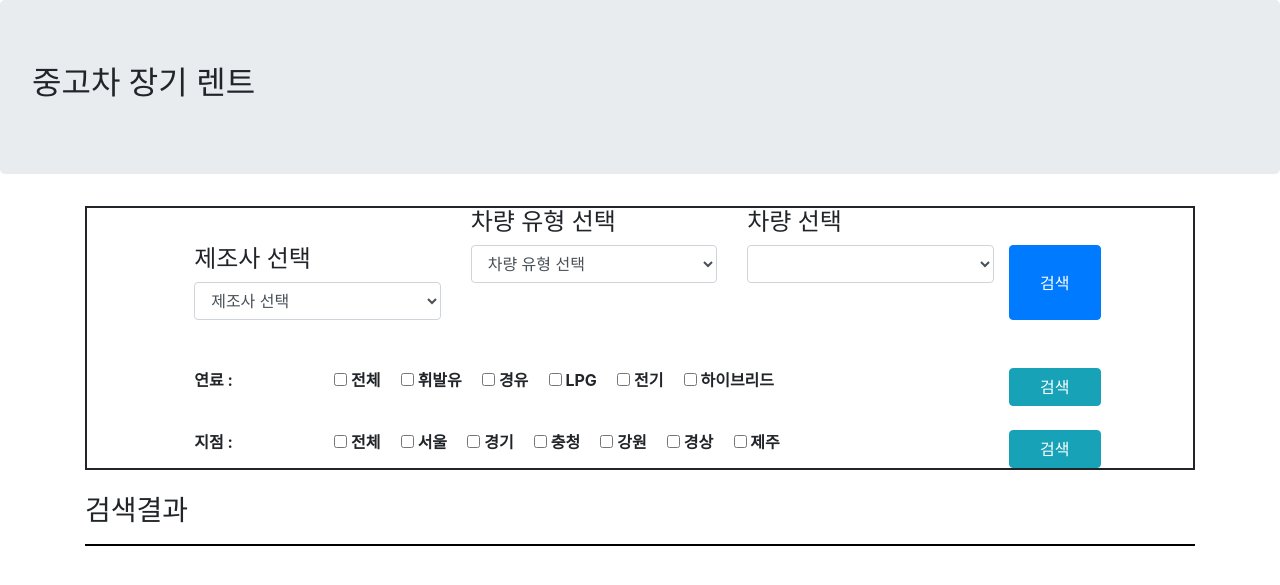
Repository: hyebinkim00/Project
Page: http://localhost/jsp/long_lent_oldcar/searchList.jsp
An editor plug-in stored every save of this project. The page is shown before and after the next save, followed by the edit.
The browser window is 1280 px wide. The pictures show the whole page.
The page is served by Tomcat 9. Other server files are loaded and not shown. Queries for data that is not in the repository find no rows.

Above is the page before, as saved 2020-09-22 08:29:55.

### jsp/WebContent/long_lent_oldcar/searchList.jsp
<%@page import="java.net.URLEncoder"%>
<%@ page language="java" contentType="text/html; charset=UTF-8"
    pageEncoding="UTF-8"%>
<%@taglib prefix="c" uri="http://java.sun.com/jsp/jstl/core" %>
<%@taglib prefix="sql" uri="http://java.sun.com/jsp/jstl/sql"  %>

<%
request.setCharacterEncoding("utf-8");
String facname1 =request.getParameter("sellist1");
String cartype1 =request.getParameter("sellist2");
String carnum1 =request.getParameter("sellist3");

String checkBoxes1[] =request.getParameterValues("example1");
String chekcBoxex2[] =request.getParameterValues("example2");
%>
<!DOCTYPE html>
<html>
<head>
<meta charset="UTF-8">
  <meta name="viewport" content="width=device-width, initial-scale=1">
  <script src="https://ajax.googleapis.com/ajax/libs/jquery/3.5.1/jquery.min.js"></script>

  <script src="https://cdnjs.cloudflare.com/ajax/libs/popper.js/1.16.0/umd/popper.min.js"></script>
  <script src="https://maxcdn.bootstrapcdn.com/bootstrap/4.5.2/js/bootstrap.min.js"></script>
  <link rel="stylesheet" href="../resources/css/bootstrap.min.css" />

<title>중고차 장기 검색</title>

<script>
function subtest(){
let a=documenet.getElementById("sellist2").value;
alert(a);
}
</script>

<script>
$(document).ready(function(){
	$("input:checkbox[name=example1]").on("click",function(){
		if(($('#sellist1').val()!='제조사 선택') && ($('#sellist2').val()=='차량 유형 선택')){
			alert('차량 유형을 선택하세요!');
			$("input:checkbox[name=example1]").prop("checked", false);
			$('#sellist2').focus();
			$('#tess1').prop("disabled",true);
		}
		else{$('#tess1').prop("disabled",false);}
		let cont=$("input:checkbox[name=example1]:checked").length;
		alert(cont);
		let cont5=$("input:checkbox[name=example1]:checked").val();
		if(cont5=='전체'){$("input:checkbox[name=example1]").not(this).prop("disabled", "disabled");
		$("input:checkbox[name=example1]").not(this).prop("checked", false);

		}else {
	            $("input[name=example1]:checkbox").prop("disabled",false);
	        }
		if(cont>2){
			$(this).prop("checked", false);
			alert("2개이상 선택 불가능 ");
		}

	});

});
</script>

<script>
$(document).ready(function(){
	$("input:checkbox[name=example2]").on("click",function(){
		if(($('#sellist1').val()!='제조사 선택') && ($('#sellist2').val()=='차량 유형 선택')){
			alert('차량 유형을 선택하세요!');
			$("input:checkbox[name=example2]").prop("checked", false);
			$('#sellist2').focus();
			$('#tess2').prop("disabled",true);
		}
		else{$('#tess1').prop("disabled",false);}
		let cont=$("input:checkbox[name=example2]:checked").length;
		alert(cont);
		let cont5=$("input:checkbox[name=example2]:checked").val();
		if(cont5=='전체'){$("input:checkbox[name=example2]").not(this).prop("disabled", "disabled");
		$("input:checkbox[name=example2]").not(this).prop("checked", false);

		}else {
	            $("input[name=example2]:checkbox").prop("disabled",false);
	        }



		if(cont>2){
			$(this).prop("checked", false);
			alert("2개이상 선택 불가능 ");
		}

	});

});
</script>
</head>
<body>
<script>
function goDate1(){
	let form= document.userinput;
	document.getElementById("sellist2").value=null;
	form.submit();

}
</script>

<script>
function goDate2(){
	let form= document.userinput;
	document.getElementById("sellist3").value=null;
	form.submit();

}
</script>



<script>
function optest(){
	if((($('#sellist1').val()!='제조사 선택')) && (($('#sellist2').val()=='차량 유형 선택')) && ($("input:checkbox[name=example1]:checked").length!=0) ){
		alert('차량 유형을 먼저 선택하세요');
	$("input:checkbox[name=example1]").prop("checked", false);
	}

}</script>



<div class="jumbotron">
<h2>중고차 장기 렌트</h2>
  </div>



  <div class="container">

  <div class="container" style="border:solid 2px;">
  <div class="row">
   <span class="col-sm-1">&nbsp;</span>
  <div class="col-sm-3"></div>
  <div class="col-sm-3"><h4>차량 유형 선택</h4></div>
  <div class="col-sm-3"><h4>차량 선택</h4> </div>
   <span class="col-sm-2">&nbsp;</span>
   </div>
 <form method="post" action="#" name="userinput" >
    <div class="row" >
     <span class="col-sm-1">&nbsp;</span>
     <div class="col-sm-3">
     <sql:setDataSource var="dataSource"
			url="jdbc:oracle:thin:@localhost:1521:XE"
			driver="oracle.jdbc.driver.OracleDriver"
			user="hr" password="hr"/>

			<sql:query var="resultSet" dataSource="${dataSource}">
			select distinct facname from member
			</sql:query>
		 <h4>제조사 선택</h4>
       <select  class="form-control" id="sellist1" name="sellist1" onchange="goDate1()" >
        <option>제조사 선택 </option>
        <c:forEach var="row" items="${resultSet.rows}">
        	<option value="<c:out value="${row.facname}"/>" <c:if test="${param.sellist1==row.facname}">selected</c:if>><c:out value="${row.facname}"/></option>
        </c:forEach>
      </select>
      </div>

      <sql:query var="resultSet" dataSource="${dataSource}">
			select distinct cartype from member where facname=?
			 <sql:param value="${param.sellist1}"/>
			</sql:query>

      <div class="col-sm-3">

      <select class="form-control" id="sellist2" name="sellist2" onchange="goDate2()"  >
        <option>차량 유형 선택</option>
        <option value="all" <c:if test="${param.sellist2=='all'}">selected</c:if>>전체</option>
       <c:forEach var="row" items="${resultSet.rows}">
				<option value="<c:out value="${row.cartype}"/>" <c:if test="${param.sellist2==row.cartype}">selected</c:if>><c:out value="${row.cartype}"/></option>
				</c:forEach>
      </select>
      </div>

      <div class="col-sm-3">
    <sql:query var="resultSet" dataSource="${dataSource}">
			select distinct carnum from member where facname=? and cartype=? order by carnum
			 <sql:param value="${param.sellist1}"/>
			 <sql:param value="${param.sellist2}"/>
			</sql:query>

			  <c:if test="${param.sellist2=='all'}">
      <sql:query var="resultSet" dataSource="${dataSource}">
       select distinct carnum from member where facname=? order by carnum
      <sql:param value="${param.sellist1}"/>
      </sql:query>
      </c:if>

      <select class="form-control" id="sellist3" name="sellist3" >
        <option disabled>차량 선택 </option>
       <c:forEach var="row" items="${resultSet.rows}">
				<option value="<c:out value="${row.carnum}"/>" <c:if test="${param.sellist3==row.carnum}">selected</c:if>><c:out value="${row.carnum}"/></option>
				</c:forEach>
      </select>
      </div>

 <input id="tess" type="submit" class="btn btn-primary col-sm-1" value="검색" onclick="optest()">


    </div>


  <br><br>


     <div class="row">
     <span class="col-sm-1"> &nbsp;&nbsp;&nbsp;</span>
    <span class="col-sm-1"><strong>연료 :</strong></span>

     <div class="col-sm-8">
      <span class="col-sm-1">&nbsp;&nbsp;&nbsp;</span>
     <c:if test="${not empty paramValues.example1 }">

     <c:set var="ff" value="${paramValues.example1[0]}"/>
     <c:set var="ff1" value="${paramValues.example1[1]}"/>
      </c:if>
    <div class="form-check-inline">
       <input <c:if test="${ff=='전체' or ff1=='전체'}">checked</c:if>  type="checkbox" value="전체" name="example1"><strong>&nbsp;전체&nbsp;</strong>
    </div>
    <div class="form-check-inline">
      <input <c:if test="${ff=='휘발유' or ff1=='휘발유'}">checked</c:if>   type="checkbox" value="휘발유" name="example1"><strong>&nbsp;휘발유&nbsp;</strong>
    </div>
     <div class="form-check-inline">
      <input <c:if test="${ff=='경유' or ff1=='경유'}">checked</c:if>    type="checkbox" value="경유" name="example1"><strong>&nbsp;경유&nbsp;</strong>
    </div>
     <div class="form-check-inline">
      <input <c:if test="${ff=='LPG' or ff1=='LPG'}">checked</c:if>   type="checkbox" value="LPG" name="example1"><strong>&nbsp;LPG&nbsp;</strong>
    </div>
    <div class="form-check-inline">
      <input  <c:if test="${ff=='전기' or ff1=='전기'}">checked</c:if>    type="checkbox" value="전기" name="example1"><strong>&nbsp;전기&nbsp;</strong>
    </div>
    <div class="form-check-inline">
      <input <c:if test="${ff=='하이브리드' or ff1=='하이브리드'}">checked</c:if>   type="checkbox" value="하이브리드" name="example1"><strong>&nbsp;하이브리드&nbsp;</strong>
    </div>
    <c:remove var="ff"/>
    <c:remove var="ff1"/>
    </div>



   <input id="tess1" type="submit" value="검색" class= "btn btn-info col-sm-1" onclick="optest()">
  </div>





  <br>


     <div class="row">
     <span class="col-sm-1">&nbsp;&nbsp;&nbsp;</span>
    <span class="col-sm-1"><strong>지점 :</strong></span>

    <div class="col-sm-8">
     <span class="col-sm-1">&nbsp;&nbsp;&nbsp;</span>
       <c:if test="${not empty paramValues.example2 }">

     <c:set var="dd" value="${paramValues.example2[0]}"/>
     <c:set var="dd1" value="${paramValues.example2[1]}"/>
      </c:if>
    <div class="form-check-inline">
       <input <c:if test="${dd=='전체' or dd1=='전체'}">checked</c:if> type="checkbox" value="전체" name="example2"><strong>&nbsp;전체&nbsp;</strong>
    </div>

    <div class="form-check-inline">
      <input  <c:if test="${dd=='서울' or dd1=='서울'}">checked</c:if> type="checkbox" value="서울" name="example2"><strong>&nbsp;서울&nbsp;</strong>
    </div>

     <div class="form-check-inline">
      <input  <c:if test="${dd=='경기' or dd1=='경기'}">checked</c:if> type="checkbox" value="경기" name="example2"><strong>&nbsp;경기&nbsp;</strong>
    </div>

     <div class="form-check-inline">
      <input  <c:if test="${dd=='충청' or dd1=='충청'}">checked</c:if> type="checkbox" value="충청" name="example2"><strong>&nbsp;충청&nbsp;</strong>
    </div>

    <div class="form-check-inline">
      <input <c:if test="${dd=='강원' or dd1=='강원'}">checked</c:if> type="checkbox" value="강원" name="example2"><strong>&nbsp;강원&nbsp;</strong>
    </div>

    <div class="form-check-inline">
      <input <c:if test="${dd=='경상' or dd1=='경상'}">checked</c:if> type="checkbox" value="경상" name="example2"><strong>&nbsp;경상&nbsp;</strong>
    </div>

    <div class="form-check-inline">
      <input <c:if test="${dd=='제주' or dd1=='제주'}">checked</c:if> type="checkbox" value="제주" name="example2"><strong>&nbsp;제주&nbsp;</strong>
    </div>
     <c:remove var="dd"/>
    <c:remove var="dd1"/>
    </div>
    <input id="tess2" type="submit" value="검색" class="btn btn-info col-sm-1" onclick="optest()">
  </div>
    </form>


  </div>
</div>



<div class="container">
<br>
<h3>검색결과</h3>
<hr style="border: solid 1px black " />

<div class="row" >

<sql:setDataSource var="dataSource"
			url="jdbc:oracle:thin:@localhost:1521:XE"
			driver="oracle.jdbc.driver.OracleDriver"
			user="hr" password="hr"/>



<c:choose>
<c:when test="${param.sellist1==null or param.sellist2==null or param.sellist3==null}">
<sql:query var="resultSet" dataSource="${dataSource}">
			select * from member
			</sql:query>

<c:if test="${not empty paramValues.example1 and empty paramValues.example2}">
 	<c:set var="ff" value="${paramValues.example1[0]}"/>
    <c:set var="ff1" value="${paramValues.example1[1]}"/>

<sql:query var="resultSet" dataSource="${dataSource}">
select * from member where fuel=? or fuel=?
 <sql:param value="${ff}"/>
 <sql:param value="${ff1}"/>

</sql:query>

 <c:if test="${ff=='전체'}">
		<sql:query var="resultSet" dataSource="${dataSource}">
			select * from member
			</sql:query>
  </c:if>

</c:if>

  <c:if test="${empty paramValues.example1 and  not empty paramValues.example2 }">

 <c:set var="dd" value="${paramValues.example2[0]}"/>
     <c:set var="dd1" value="${paramValues.example2[1]}"/>
<sql:query var="resultSet" dataSource="${dataSource}">
select * from member where lentoffice=? or lentoffice=?

 <sql:param value="${dd}"/>
 <sql:param value="${dd1}"/>

</sql:query>

 <c:if test="${dd=='전체'}">
		<sql:query var="resultSet" dataSource="${dataSource}">
			select * from member
			</sql:query>
  </c:if>

</c:if>

  <c:if test="${not empty paramValues.example1 and not empty paramValues.example2}">
 <c:set var="ff" value="${paramValues.example1[0]}"/>
     <c:set var="ff1" value="${paramValues.example1[1]}"/>
      <c:set var="dd" value="${paramValues.example2[0]}"/>
     <c:set var="dd1" value="${paramValues.example2[1]}"/>

<sql:query var="resultSet" dataSource="${dataSource}">
select * from (select * from member where fuel=? or fuel=?) where lentoffice=? or lentoffice=?


 <sql:param value="${ff}"/>
 <sql:param value="${ff1}"/>
  <sql:param value="${dd}"/>
 <sql:param value="${dd1}"/>
</sql:query>


 <c:if test="${ff=='전체' and dd=='전체'}">
		<sql:query var="resultSet" dataSource="${dataSource}">
			select * from member
			</sql:query>
  </c:if>

  <c:if test="${ff=='전체' and dd!='전체'}">
		<sql:query var="resultSet" dataSource="${dataSource}">
			select * from member where lentoffice=? or lentoffice=?
			  <sql:param value="${dd}"/>
 			<sql:param value="${dd1}"/>
			</sql:query>
  </c:if>
    <c:if test="${ff!='전체' and dd=='전체'}">
		<sql:query var="resultSet" dataSource="${dataSource}">
			select * from member where fuel=? or fuel=?
			<sql:param value="${ff}"/>
 			<sql:param value="${ff1}"/>
			</sql:query>
  </c:if>


</c:if>
</c:when>

	<c:when test="${empty paramValues.example1 and not empty param.sellist3 and not empty paramValues.example2}">

	<sql:query var="resultSet" dataSource="${dataSource}">
	<c:set var="dd" value="${paramValues.example2[0]}"/>
     <c:set var="dd1" value="${paramValues.example2[1]}"/>
	select * from member where facname=? and cartype=? and carnum=? and lentoffice=? or lentoffice=?
	<sql:param value="${param.sellist1}"></sql:param>
	<sql:param value="${param.sellist2}"></sql:param>
	<sql:param value="${param.sellist3}"></sql:param>
	 <sql:param value="${dd}"/>
	  <sql:param value="${dd1}"/>
	</sql:query>


	<c:if test="${param.sellist2=='all' and dd!='전체'}">
	<sql:query var="resultSet" dataSource="${dataSource}">
	select * from member where facname=? and carnum=? and lentoffice=? or lentoffice=?
	<sql:param value="${param.sellist1}"></sql:param>
	<sql:param value="${param.sellist3}"></sql:param>
	<sql:param value="${dd}"/>
	  <sql:param value="${dd1}"/>
	</sql:query>
	</c:if>

	 <c:if test="${param.sellist2!='all' and  dd=='전체'}">
		<sql:query var="resultSet" dataSource="${dataSource}">
		select * from member where facname=? and cartype=? and carnum=?
	<sql:param value="${param.sellist1}"></sql:param>
	<sql:param value="${param.sellist2}"></sql:param>
	<sql:param value="${param.sellist3}"></sql:param>
			</sql:query>
  </c:if>

  <c:if test="${param.sellist2=='all' and dd=='전체'}">
	<sql:query var="resultSet" dataSource="${dataSource}">
	select * from member where facname=? and carnum=?
	<sql:param value="${param.sellist1}"></sql:param>
	<sql:param value="${param.sellist3}"></sql:param>

	</sql:query>
	</c:if>

</c:when>

	<c:when test="${empty paramValues.example1 and not empty param.sellist3 and empty paramValues.example2}">

	<sql:query var="resultSet" dataSource="${dataSource}">

	select * from member where facname=? and cartype=? and carnum=?
	<sql:param value="${param.sellist1}"></sql:param>
	<sql:param value="${param.sellist2}"></sql:param>
	<sql:param value="${param.sellist3}"></sql:param>

	</sql:query>


	<c:if test="${param.sellist2=='all'}">
	<sql:query var="resultSet" dataSource="${dataSource}">
	select * from member where facname=? and carnum=?
	<sql:param value="${param.sellist1}"></sql:param>
	<sql:param value="${param.sellist3}"></sql:param>
	</sql:query>
	</c:if>
</c:when>

<c:when test="${not empty paramValues.example1 and not empty param.sellist3 and  empty paramValues.example2}">

	<sql:query var="resultSet" dataSource="${dataSource}">
	<c:set var="ff" value="${paramValues.example1[0]}"/>
     <c:set var="ff1" value="${paramValues.example1[1]}"/>

select * from (select * from member where facname=? and cartype=? and carnum=?) where  fuel=? or fuel=?
	<sql:param value="${param.sellist1}"></sql:param>
	<sql:param value="${param.sellist2}"></sql:param>
	<sql:param value="${param.sellist3}"></sql:param>
	 <sql:param value="${ff}"/>
	  <sql:param value="${ff1}"/>
	</sql:query>


	<c:if test="${param.sellist2=='all' and ff!='전체'}">
	<sql:query var="resultSet" dataSource="${dataSource}">
	select * from (select * from member where facname=? and carnum=?) where fuel=? or fuel=?
	<sql:param value="${param.sellist1}"></sql:param>
	<sql:param value="${param.sellist3}"></sql:param>
	<sql:param value="${ff}"/>
	  <sql:param value="${ff1}"/>
	</sql:query>
	</c:if>

	 <c:if test="${param.sellist2!='all' and  ff=='전체'}">
		<sql:query var="resultSet" dataSource="${dataSource}">
		select * from member where facname=? and cartype=? and carnum=?
	<sql:param value="${param.sellist1}"></sql:param>
	<sql:param value="${param.sellist2}"></sql:param>
	<sql:param value="${param.sellist3}"></sql:param>
			</sql:query>
  </c:if>

  <c:if test="${param.sellist2=='all' and ff=='전체'}">
	<sql:query var="resultSet" dataSource="${dataSource}">
	select * from member where facname=? and carnum=?
	<sql:param value="${param.sellist1}"></sql:param>
	<sql:param value="${param.sellist3}"></sql:param>

	</sql:query>
	</c:if>

</c:when>


<c:when test="${not empty paramValues.example1 and not empty param.sellist3 and not empty paramValues.example2 and param.sellist2 !='all'}">
	<c:set var="ff" value="${paramValues.example1[0]}"/>
     <c:set var="ff1" value="${paramValues.example1[1]}"/>
      <c:set var="dd" value="${paramValues.example2[0]}"/>
     <c:set var="dd1" value="${paramValues.example2[1]}"/>

<sql:query var="resultSet" dataSource="${dataSource}">
select * from (select * from member where facname=? and cartype=? and carnum=?)
where fuel=? or fuel=? and  lentoffice=? or lentoffice=?

<sql:param value="${param.sellist1}"></sql:param>
<sql:param value="${param.sellist2}"></sql:param>
<sql:param value="${param.sellist3}"></sql:param>
 <sql:param value="${ff}"/>
 <sql:param value="${ff1}"/>
  <sql:param value="${dd}"/>
 <sql:param value="${dd1}"/>
</sql:query>

 <c:if test="${ff=='전체' and dd=='전체'}">
		<sql:query var="resultSet" dataSource="${dataSource}">
	select * from member where facname=? and cartype=? and carnum=?
	<sql:param value="${param.sellist1}"></sql:param>
	<sql:param value="${param.sellist2}"></sql:param>
	<sql:param value="${param.sellist3}"></sql:param>
			</sql:query>
  </c:if>

  <c:if test="${ff=='전체' and dd!='전체'}">
		<sql:query var="resultSet" dataSource="${dataSource}">
			select * from (select * from member where facname=? and cartype=? and carnum=?) where  lentoffice=? or lentoffice=?

			<sql:param value="${param.sellist1}"></sql:param>
			<sql:param value="${param.sellist2}"></sql:param>
			<sql:param value="${param.sellist3}"></sql:param>
			<sql:param value="${dd}"/>
 			<sql:param value="${dd1}"/>
			</sql:query>
  </c:if>
    <c:if test="${ff!='전체' and dd=='전체'}">
		<sql:query var="resultSet" dataSource="${dataSource}">
			select * from (select * from member where facname=? and cartype=? and carnum=?) where fuel=? or fuel=?

			<sql:param value="${param.sellist1}"></sql:param>
			<sql:param value="${param.sellist2}"></sql:param>
			<sql:param value="${param.sellist3}"></sql:param>
			<sql:param value="${ff}"/>
 			<sql:param value="${ff1}"/>
			</sql:query>
  </c:if>


</c:when>

<c:when test="${not empty paramValues.example1 and not empty param.sellist3 and not empty paramValues.example2 and param.sellist2 =='all'}">
	<c:set var="ff" value="${paramValues.example1[0]}"/>
     <c:set var="ff1" value="${paramValues.example1[1]}"/>
      <c:set var="dd" value="${paramValues.example2[0]}"/>
     <c:set var="dd1" value="${paramValues.example2[1]}"/>

<sql:query var="resultSet" dataSource="${dataSource}">
select * from (select * from member where facname=?  and carnum=?)
where fuel=? or fuel=? and  lentoffice=? or lentoffice=?

<sql:param value="${param.sellist1}"></sql:param>
<sql:param value="${param.sellist3}"></sql:param>
 <sql:param value="${ff}"/>
 <sql:param value="${ff1}"/>
  <sql:param value="${dd}"/>
 <sql:param value="${dd1}"/>
</sql:query>

 <c:if test="${ff=='전체' and dd=='전체'}">
		<sql:query var="resultSet" dataSource="${dataSource}">
	select * from member where facname=?  and carnum=?
	<sql:param value="${param.sellist1}"></sql:param>
	<sql:param value="${param.sellist3}"></sql:param>
			</sql:query>
  </c:if>

  <c:if test="${ff=='전체' and dd!='전체'}">
		<sql:query var="resultSet" dataSource="${dataSource}">
			select * from (select * from member where facname=? and carnum=?) where  lentoffice=? or lentoffice=?

			<sql:param value="${param.sellist1}"></sql:param>
			<sql:param value="${param.sellist3}"></sql:param>
			<sql:param value="${dd}"/>
 			<sql:param value="${dd1}"/>
			</sql:query>
  </c:if>
    <c:if test="${ff!='전체' and dd=='전체'}">
		<sql:query var="resultSet" dataSource="${dataSource}">
			select * from (select * from member where facname=? and carnum=?) where fuel=? or fuel=?

			<sql:param value="${param.sellist1}"></sql:param>
			<sql:param value="${param.sellist3}"></sql:param>
			<sql:param value="${ff}"/>
 			<sql:param value="${ff1}"/>
			</sql:query>
  </c:if>


</c:when>







<c:otherwise>선택 항목 없음</c:otherwise>

</c:choose>
</div>

<div class="container row">
		<c:forEach var="row" items="${resultSet.rows}">

		<c:url value="carLent.jsp" var="url"> <c:param name="carname" value="${row.id}" /></c:url>
  <div onclick="location.href='${url}'" class="card col-sm-6 " >
    <div class="row">
   <img class="card-img-top col-sm-7" src="../resources/images/${row.carname}.jpg" alt="Card image" width="150" height="150">
    <span class="col-sm-5"><br><br><br><strong> [<c:out value="${row.facname}"/>]<c:out value="${row.carname}"/></strong></span>
    </div>
    <div class="card-body">
    <div class="row">
    <div class="col-sm-6">
      <button type="button" class="btn btn-outline-dark " disabled>소비자가</button>
      <strong><c:out value="${row.carPrice }"></c:out></strong></div>
      <div class="col-sm-6">
      <button type="button" class="btn btn-outline-danger" >월 렌탈료</button>
      <strong style="color:red"><c:out value="${row.monthPrice }"></c:out>원~</strong></div>
     </div>
      <hr style="border:1px solid"></hr>
      <div class="row">
      <ul class="col-sm-6">
      <li>차량번호 <span>${row.id}</span></li>
      <li>차량유형 <span>${row.cartype}</span></li>

      </ul>
      <ul class="col-sm-6">
      <li>연료 <span>${row.fuel}</span></li>
      <li>지점 <span>${row.lentoffice }</span></li>
      </ul>
     </div>

    </div>
  </div>
</c:forEach>
 </div>
    <c:remove var="ff"/>
    <c:remove var="ff1"/>

    <c:remove var="dd"/>
    <c:remove var="dd1"/>


  </div>







</body>
</html>

Loaded but not shown: jsp/WebContent/resources/css/bootstrap.min.css (library)

After the next save:
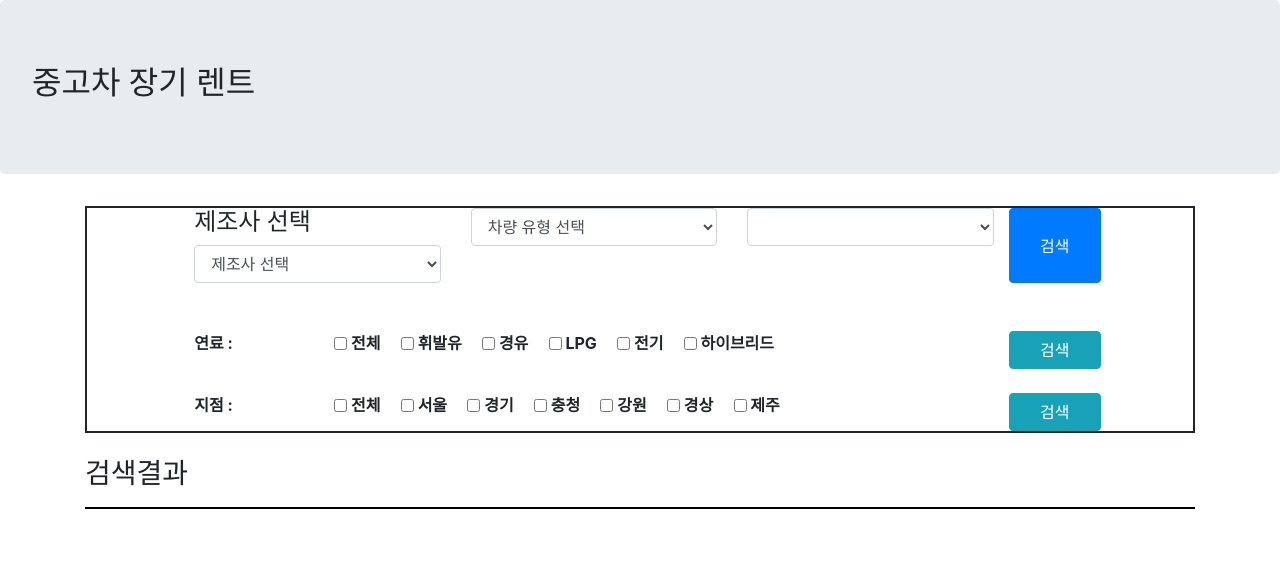
Saved 4 min 6 s later.
--- a/jsp/WebContent/long_lent_oldcar/searchList.jsp
+++ b/jsp/WebContent/long_lent_oldcar/searchList.jsp
@@ -135,13 +135,7 @@ function optest(){
   <div class="container">
 
   <div class="container" style="border:solid 2px;">
-  <div class="row">
-   <span class="col-sm-1">&nbsp;</span>
-  <div class="col-sm-3"></div>
-  <div class="col-sm-3"><h4>차량 유형 선택</h4></div>
-  <div class="col-sm-3"><h4>차량 선택</h4> </div>
-   <span class="col-sm-2">&nbsp;</span>
-   </div>
+
  <form method="post" action="#" name="userinput" >
     <div class="row" >
      <span class="col-sm-1">&nbsp;</span>
